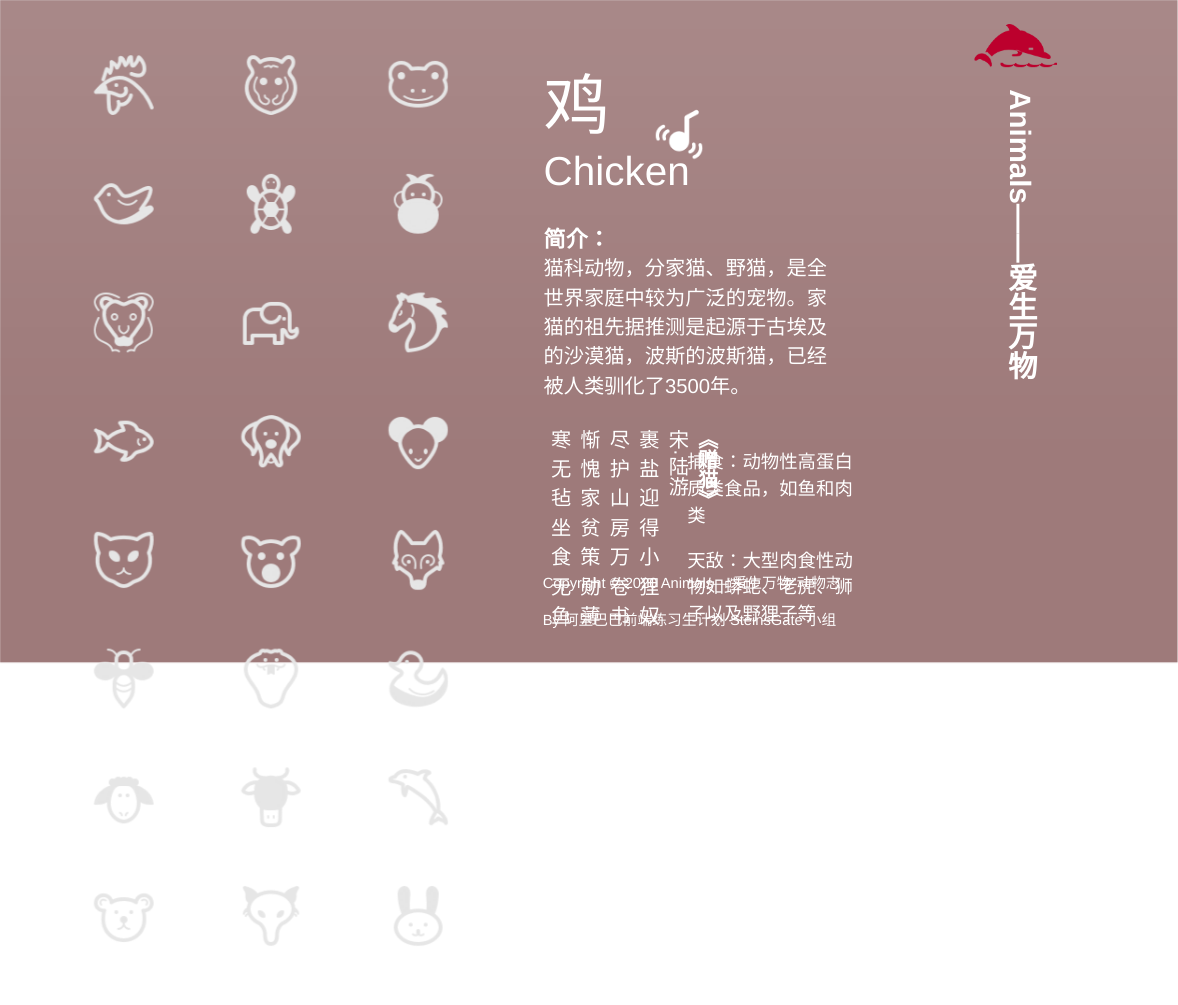
Repository: Whiskeyi/Animals
Page: /
An editor plug-in stored every save of this project. The page is shown before and after the next save, followed by the edit.
The browser window is 1280 px wide. The pictures show the whole page, at 92% of full size.
The project was rebuilt for these pictures with package versions that can differ from the ones it lists, and the page was loaded fresh each time.

Above is the page before, as saved 2021-11-17 17:23:53.

After the next save:
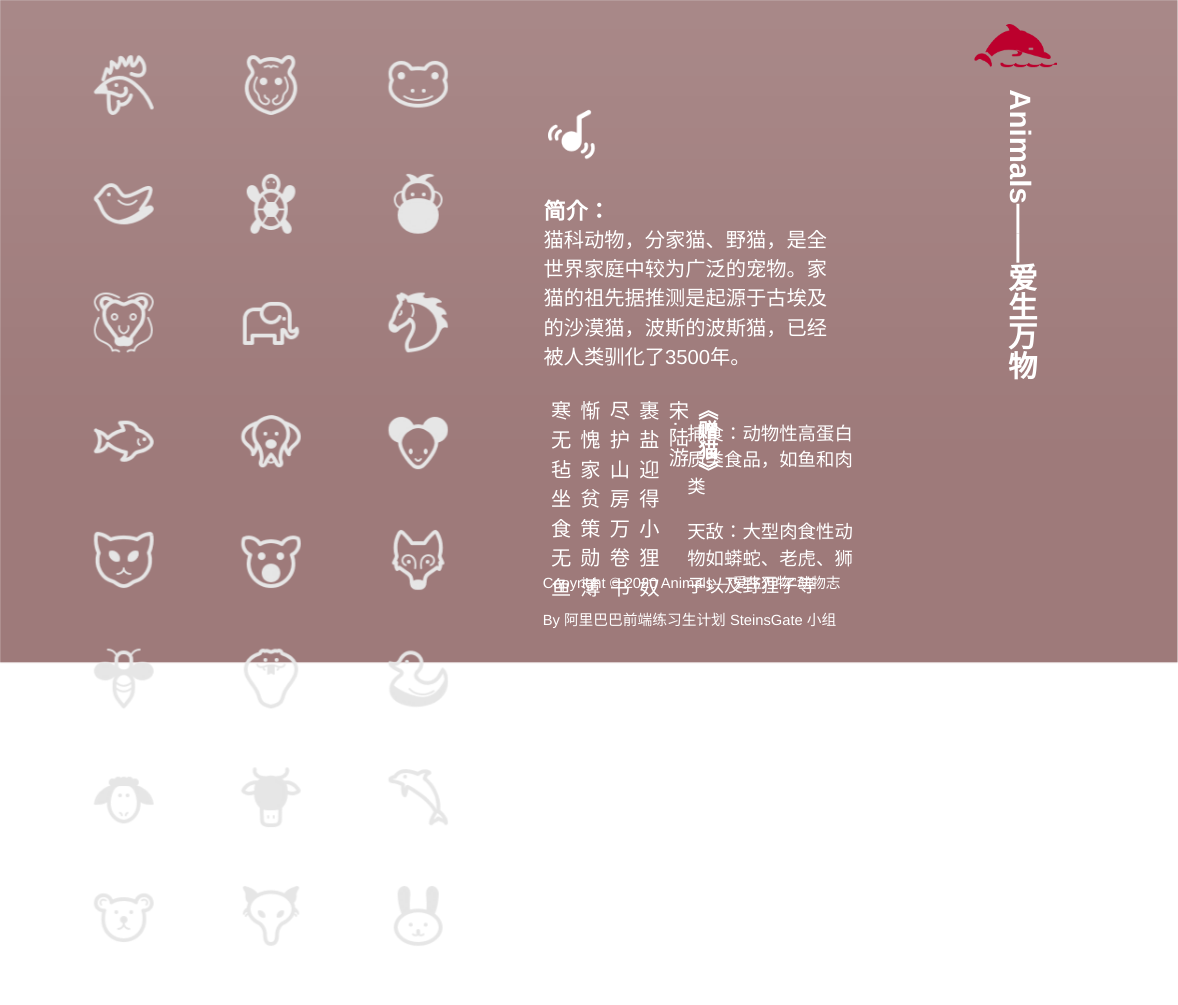
Saved 28 s later.
--- a/src/components/Info/Introduce/index.vue
+++ b/src/components/Info/Introduce/index.vue
@@ -24,7 +24,6 @@
         return {
             name: '鸡',
             enName: 'Chicken',
-            show: true
         }
     },
     mounted() {
@@ -34,14 +33,12 @@
     methods: {
           changeInfo() {
             setInterval(function() {
-                this.show = false
                 this.name = animalsData.AnimalsDetail[store.state.num].name
                 document.getElementById('title').innerHTML = this.name
                 // window.console.log(this.name)
                 this.enName = animalsData.AnimalsDetail[store.state.num].enName
                 document.getElementById('subTitle').innerHTML = this.enName
                 // window.console.log(this.enName)
-                this.show = true
             }, 8000);
         }
     }

After the save that followed:
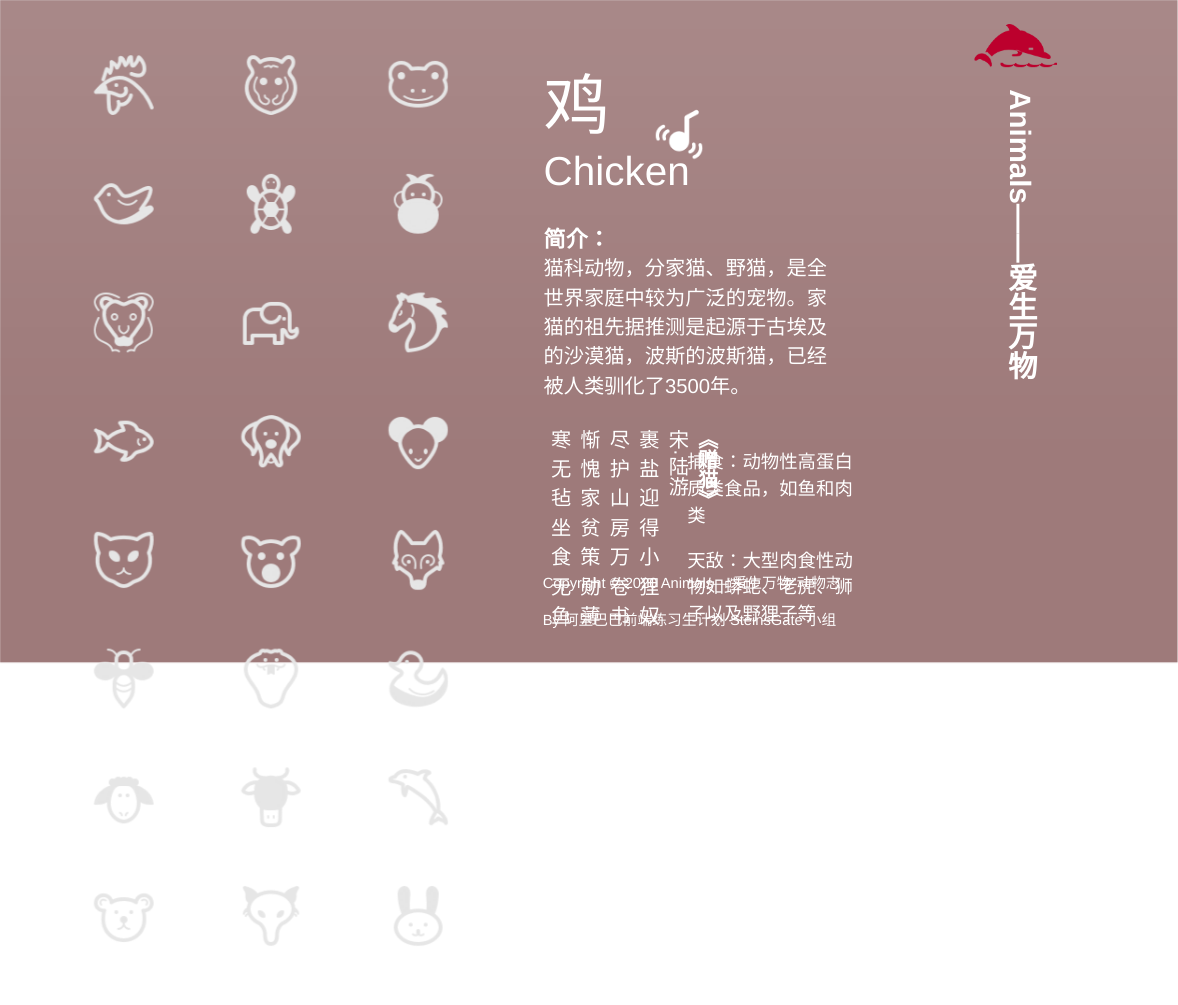
Saved 6 s later.
--- a/src/components/Info/Introduce/index.vue
+++ b/src/components/Info/Introduce/index.vue
@@ -1,7 +1,7 @@
 <template>
   <div class="introduce">
       <el-row class="intContainer">
-          <el-col :span="6" v-if="show">
+          <el-col :span="6">
               <transition name="fade">
                 <div id="title">{{ name }}</div>
               </transition>
@@ -23,7 +23,7 @@
     data() {
         return {
             name: '鸡',
-            enName: 'Chicken',
+            enName: 'Chicken'
         }
     },
     mounted() {
